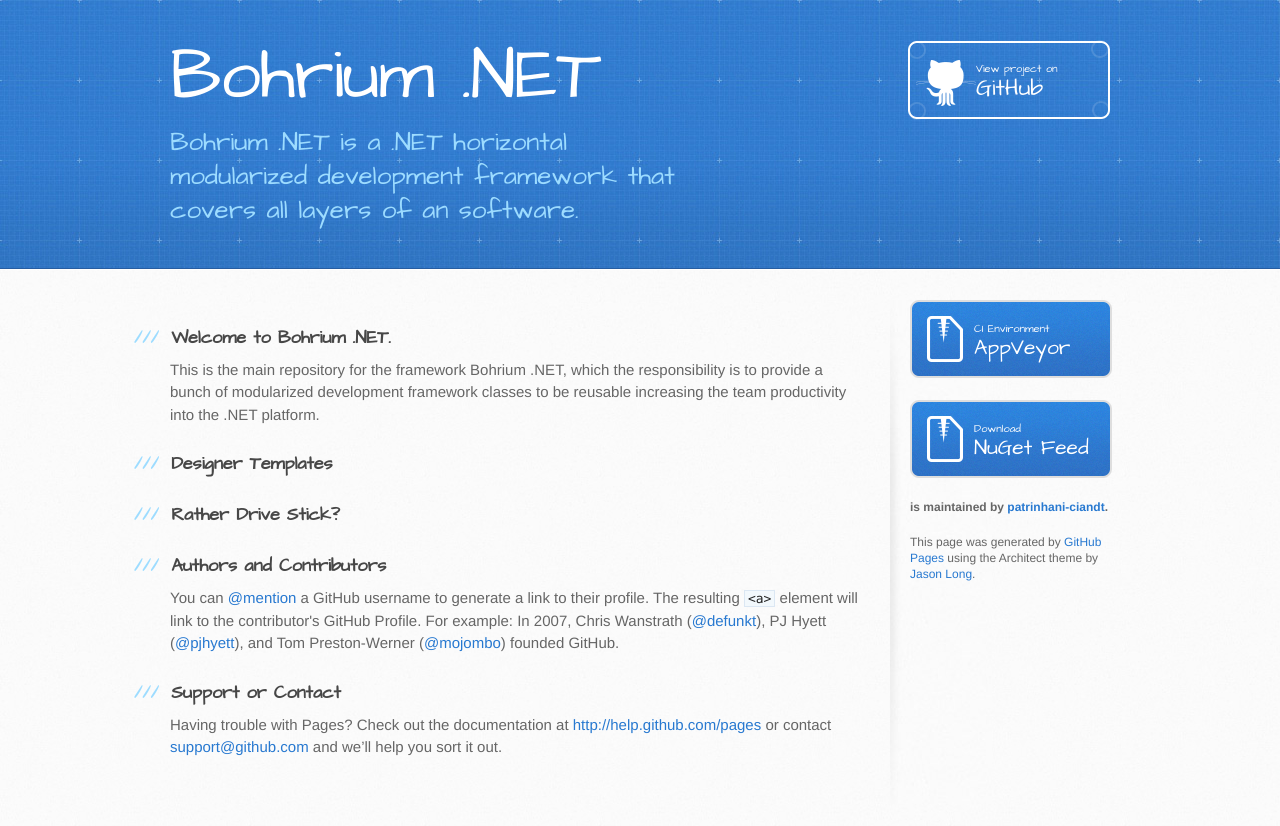
Repository: patrinhani-ciandt/BohriumNET
Page: index.html
The author's editor kept a record of every edit. The page is drawn from the files as they stood at one moment, then again after the next edit.
The browser window is 1280 px wide. The pictures show the whole page.

Above is the page before.

After the next edit:
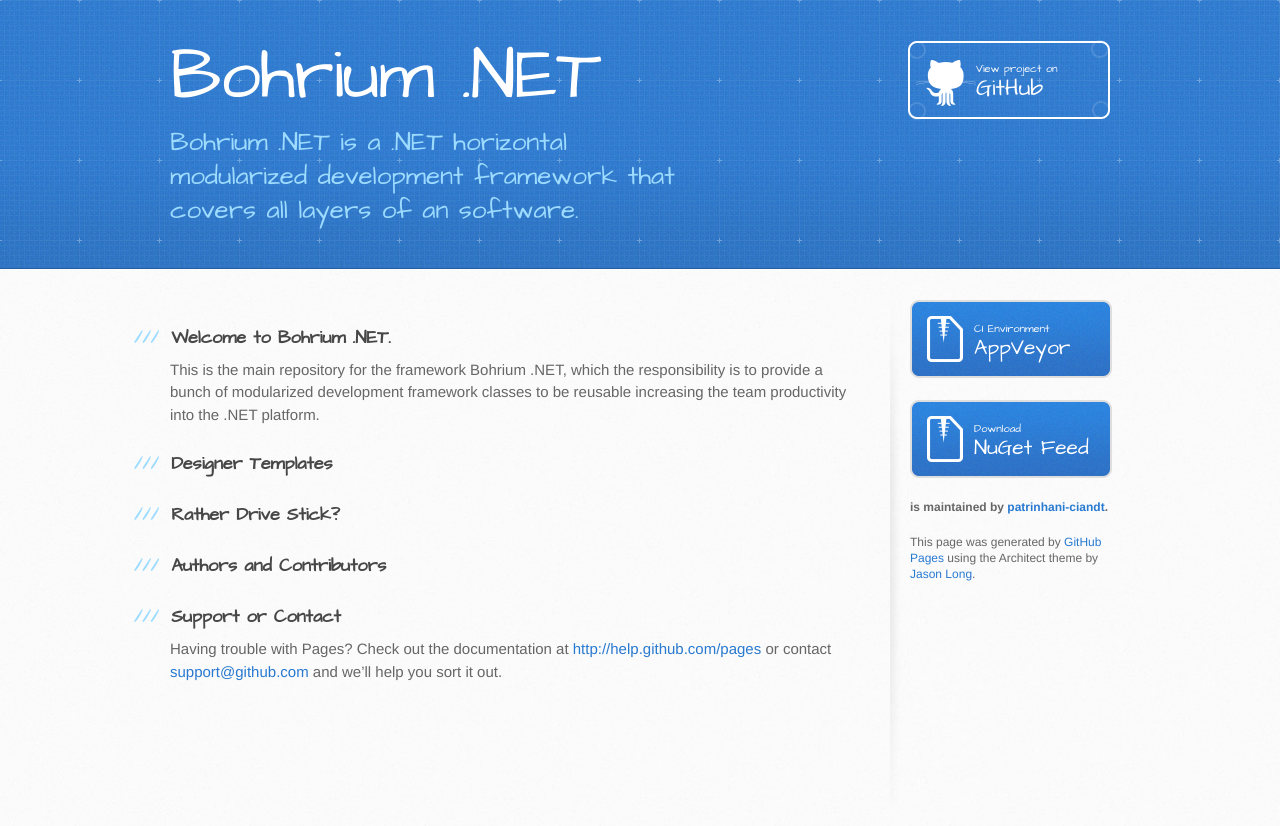
The edit:
--- a/index.html
+++ b/index.html
@@ -53,7 +53,7 @@
 <h3>
 <a name="authors-and-contributors" class="anchor" href="#authors-and-contributors"><span class="octicon octicon-link"></span></a>Authors and Contributors</h3>
 
-<p>You can <a href="https://github.com/blog/821" class="user-mention">@mention</a> a GitHub username to generate a link to their profile. The resulting <code>&lt;a&gt;</code> element will link to the contributor's GitHub Profile. For example: In 2007, Chris Wanstrath (<a href="https://github.com/defunkt" class="user-mention">@defunkt</a>), PJ Hyett (<a href="https://github.com/pjhyett" class="user-mention">@pjhyett</a>), and Tom Preston-Werner (<a href="https://github.com/mojombo" class="user-mention">@mojombo</a>) founded GitHub.</p>
+<!--<p>You can <a href="https://github.com/blog/821" class="user-mention">@mention</a> a GitHub username to generate a link to their profile. The resulting <code>&lt;a&gt;</code> element will link to the contributor's GitHub Profile. For example: In 2007, Chris Wanstrath (<a href="https://github.com/defunkt" class="user-mention">@defunkt</a>), PJ Hyett (<a href="https://github.com/pjhyett" class="user-mention">@pjhyett</a>), and Tom Preston-Werner (<a href="https://github.com/mojombo" class="user-mention">@mojombo</a>) founded GitHub.</p>-->
 
 <h3>
 <a name="support-or-contact" class="anchor" href="#support-or-contact"><span class="octicon octicon-link"></span></a>Support or Contact</h3>
